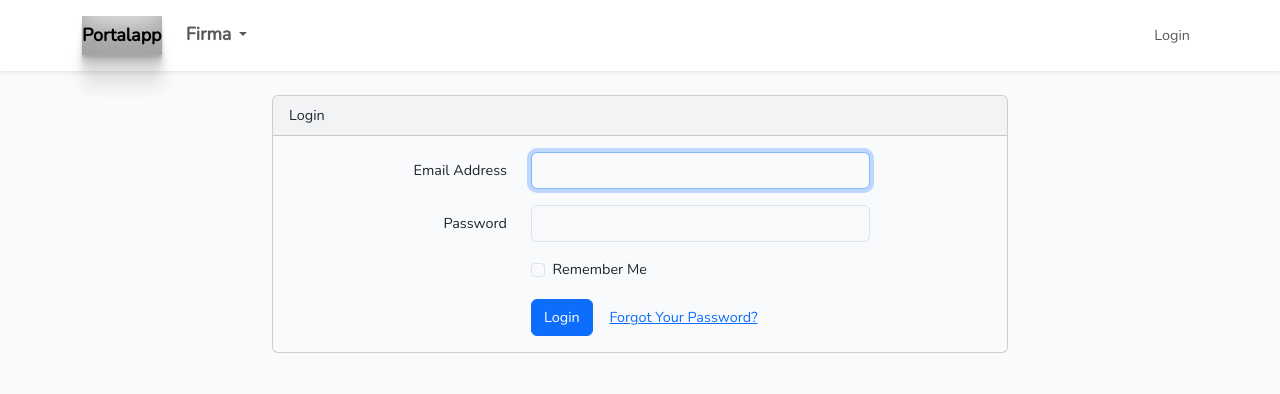
Repository: oguzhansade/portalapp
Page: http://localhost/login
These files come from the project's save history. The page is drawn as it stood at one moment and after the next save; the edit follows.
The browser window is 1280 px wide. The pictures show the whole page.
The page is served by the project's Laravel application, run on PHP 8.4 with Laravel 9. Style sheets and scripts are compiled from the project's sources, by tool versions that may differ from the author's.

Above is the page before, as saved 2023-06-29 11:42:23.

After the next save:
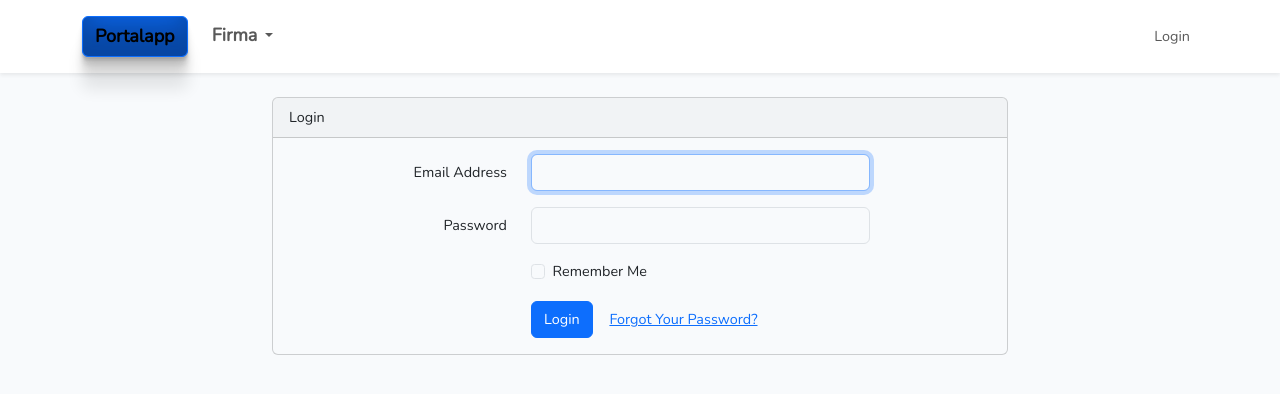
Saved 11 s later.
--- a/resources/views/layouts/app.blade.php
+++ b/resources/views/layouts/app.blade.php
@@ -39,7 +39,7 @@
     <div id="app">
         <nav class="navbar navbar-expand-md navbar-light bg-white shadow-sm ">
             <div class="container py-2">
-                <a class="navbar-brand b-shadow" href="{{ url('/') }}">
+                <a class="btn btn-primary navbar-brand b-shadow" href="{{ url('/') }}">
                     <b>{{ config('app.name', 'Laravel') }}</b>
                 </a>
                 <button class="navbar-toggler" type="button" data-bs-toggle="collapse" data-bs-target="#navbarSupportedContent" aria-controls="navbarSupportedContent" aria-expanded="false" aria-label="{{ __('Toggle navigation') }}">
